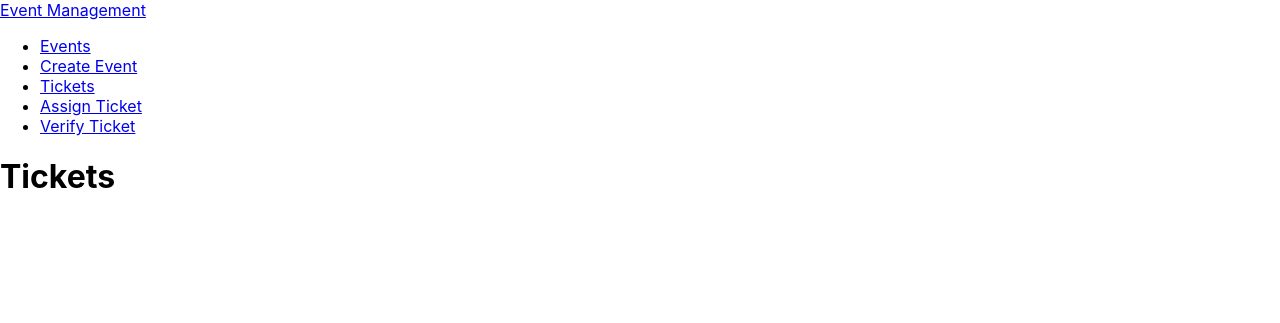
Repository: ferugarte/superticket
Page: /tickets (app in frontend/)
These files come from the project's save history. The page is drawn as it stood at one moment and after the next save; the edit follows.
The browser window is 1280 px wide. The pictures show the whole page.
The page's requests for data from a server got no answer. The project was rebuilt for these pictures with package versions that can differ from the ones it lists, and the page was loaded fresh each time. A package was used in the major version that the imports need, not the one package.json lists. No one was signed in, and anything a server would have sent is missing. Also part of the build but not shown: frontend/src/components/EventList.jsx, frontend/src/components/EventDetail.jsx, frontend/src/components/CreateEvent.jsx, frontend/src/components/AssignTicket.jsx, frontend/src/components/VerifyTicket.jsx, frontend/src/App.css.

Above is the page before, as saved 2024-04-15 11:29:17.

After the next save:
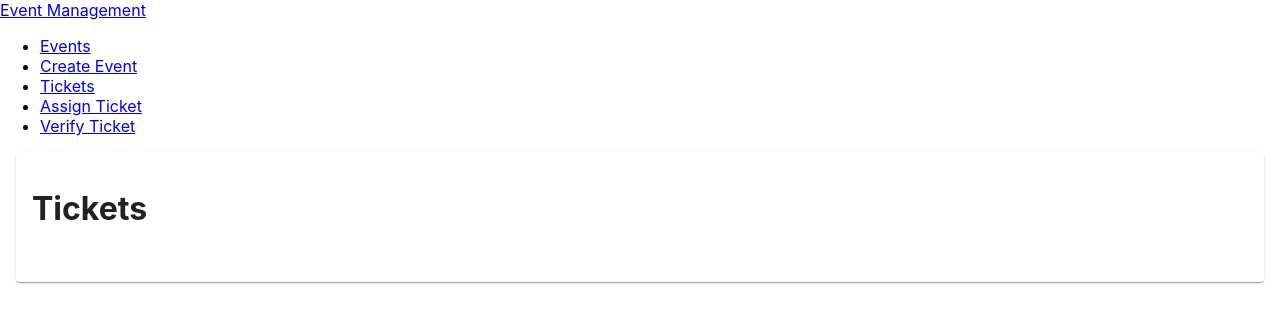
Saved 107 s later.
--- a/frontend/src/components/TicketList.jsx
+++ b/frontend/src/components/TicketList.jsx
@@ -1,27 +1,31 @@
 // src/components/TicketList.jsx
 import React, { useEffect, useState } from 'react';
 import { fetchTickets } from '../services/api';
+import { List, ListItem, ListItemText, Paper } from '@material-ui/core';
 
 function TicketList() {
     const [tickets, setTickets] = useState([]);
 
     useEffect(() => {
-        fetchTickets().then(response => setTickets(response.data))
-                      .catch(error => console.error('Error fetching tickets:', error));
+        fetchTickets().then(response => {
+            setTickets(response.data);
+        }).catch(error => {
+            console.error('Error fetching tickets:', error);
+        });
     }, []);
 
     return (
-        <div>
+        <Paper style={{ margin: 16, padding: 16 }}>
             <h1>Tickets</h1>
-            <ul>
+            <List>
                 {tickets.map(ticket => (
-                    <li key={ticket._id}>
-                        {ticket.customer.name} - {ticket.event.name}
-                    </li>
+                    <ListItem key={ticket._id}>
+                        <ListItemText primary={`${ticket.customer.name} - ${ticket.event.name}`} secondary={`Zone: ${ticket.zone}`} />
+                    </ListItem>
                 ))}
-            </ul>
-        </div>
+            </List>
+        </Paper>
     );
 }
 
-export default TicketList
+export default TicketList;
